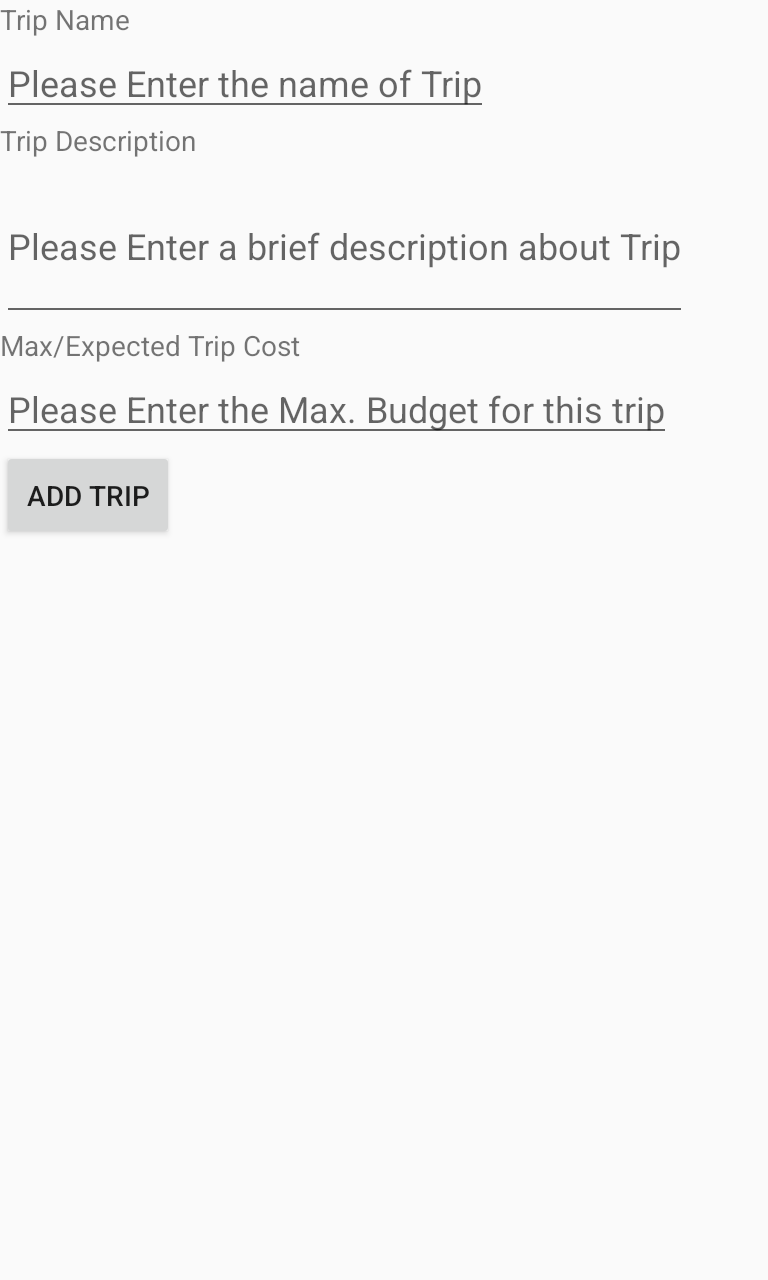
Repository: bandikishores/ShareMyTrip
Layout: ShareMyTrip/res/layout/activity_add_trip.xml
An editor plug-in stored every save of this project. The layout is shown before and after a run of saves, followed by the edit.
It is drawn on a 768 x 1280 px phone screen (xhdpi) without system bars, with theme AppTheme; the app's code is not run.

Above is the layout before, as saved 2014-12-27 09:30:23.

### ShareMyTrip/res/layout/activity_add_trip.xml
<LinearLayout xmlns:android="http://schemas.android.com/apk/res/android"
    android:layout_width="match_parent"
    android:layout_height="match_parent"
    android:orientation="vertical" >

    <!-- <TextView
        android:layout_width="wrap_content"
        android:layout_height="wrap_content"
        android:text="@string/Add a New Trip" /> -->

    <TextView
        android:layout_width="wrap_content"
        android:layout_height="wrap_content"
        android:text="@string/trip_name" />

    <EditText android:inputType="text"
        android:layout_width="wrap_content"
        android:layout_height="wrap_content"
        android:hint="@string/enter_trip_name"
        android:maxLength="50"
        android:id="@+id/tripNameEntered"
        />

    <TextView
        android:layout_width="wrap_content"
        android:layout_height="wrap_content"
        android:text="@string/trip_desc" />

    <EditText android:inputType="textAutoCorrect|textAutoComplete|textCapSentences|textLongMessage|textMultiLine"
        android:lines="3"
        android:layout_width="wrap_content"
        android:layout_height="wrap_content"
        android:hint="@string/enter_trip_desc"
        android:maxLength="500"
        android:id="@+id/tripDescEntered"
        />

    <TextView
        android:layout_width="wrap_content"
        android:layout_height="wrap_content"
        android:text="@string/est_trip_cost" />

    <EditText android:inputType="numberDecimal"
        android:layout_width="wrap_content"
        android:layout_height="wrap_content"
        android:hint="@string/enter_est_trip_cost"
        android:maxLength="15"
        android:id="@+id/estTripCostEntered"
        />

     <Button
         android:id="@+id/add"
         android:layout_width="wrap_content"
         android:layout_height="wrap_content"
         android:text="@string/add_trip"
         android:onClick="addTrip"/>


</LinearLayout>

### ShareMyTrip/res/values/strings.xml
<?xml version="1.0" encoding="utf-8"?>
<resources>

    <string name="app_name">Share My Trip</string>
    <string name="title_section1">All Trips</string>
    <string name="title_section2">Section 2</string>
    <string name="title_section3">Section 3</string>
    <string name="navigation_drawer_open">Open navigation drawer</string>
    <string name="navigation_drawer_close">Close navigation drawer</string>
    <string name="action_example">Example action</string>
    <string name="action_settings">Settings</string>
    <string name="hello">hello</string>
    <string name="title_activity_trip">TripActivity</string>
    <string name="hello_world">Hello world!</string>
    <string name="title_activity_add_trip">Add a New Trip</string>
    <string name="trip_name">Trip Name</string>
    <string name="enter_trip_name">Please Enter the name of Trip</string>
    <string name="enter_trip_desc">Please Enter a brief description about Trip</string>
    <string name="trip_desc">Trip Description</string>
    <string name="est_trip_cost">Max/Expected Trip Cost</string>
    <string name="enter_est_trip_cost">Please Enter the Max. Budget for this trip</string>
	<string name="add_trip">Add Trip</string>

</resources>

Loaded but not shown: ShareMyTrip/res/values/styles.xml (common file); ShareMyTrip/res/values-v11/styles.xml (common file); ShareMyTrip/res/values-v14/styles.xml (common file); ShareMyTrip/res/values/dimens.xml (common file); ShareMyTrip/res/values-w820dp/dimens.xml (common file)

After the next 2 saves:
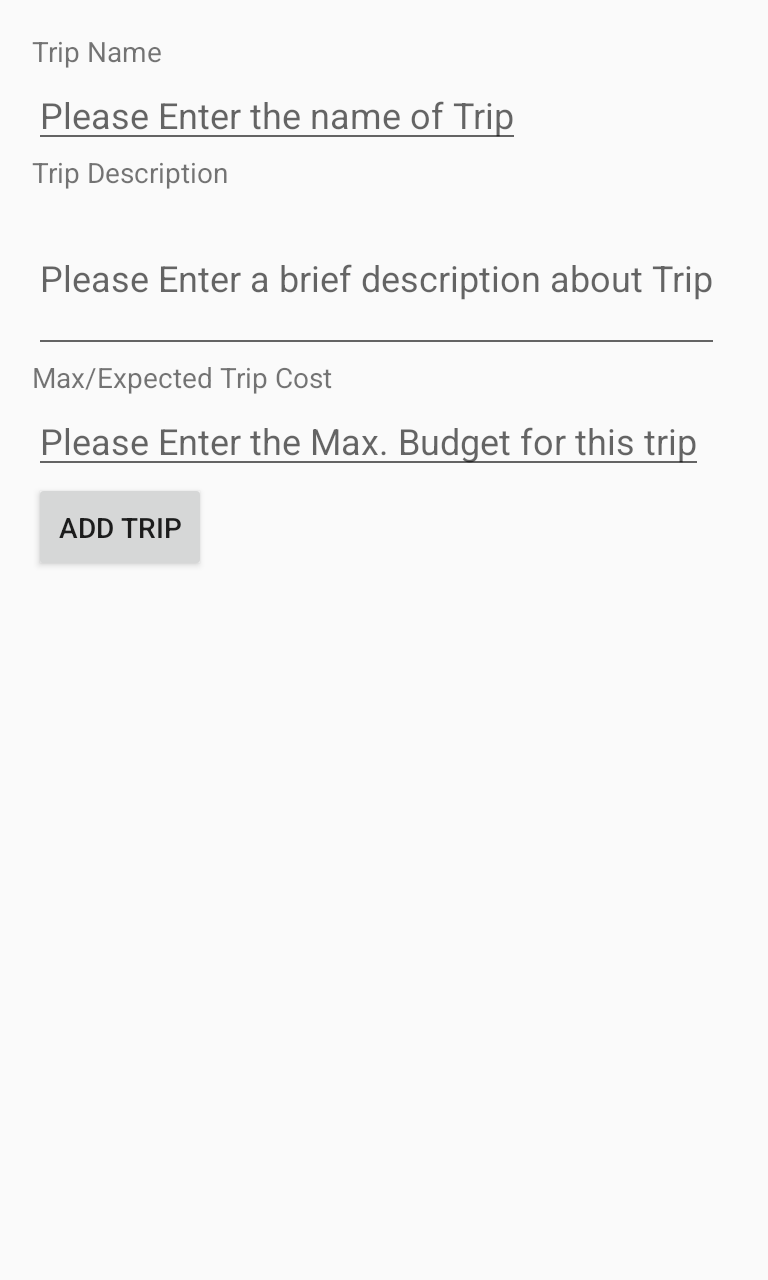
The 2 saves are shown as one change because 1 did not build or start.
The last was saved 2 min 6 s later.
--- a/ShareMyTrip/res/layout/activity_add_trip.xml
+++ b/ShareMyTrip/res/layout/activity_add_trip.xml
@@ -1,6 +1,13 @@
 <LinearLayout xmlns:android="http://schemas.android.com/apk/res/android"
+    xmlns:tools="http://schemas.android.com/tools"
     android:layout_width="match_parent"
     android:layout_height="match_parent"
+    android:orientation="vertical"
+    android:paddingBottom="@dimen/activity_vertical_margin"
+    android:paddingLeft="@dimen/activity_horizontal_margin"
+    android:paddingRight="@dimen/activity_horizontal_margin"
+    android:paddingTop="@dimen/activity_vertical_margin"
+    tools:context="${relativePackage}.${activityClass}"
     android:orientation="vertical" >
 
     <!-- <TextView
